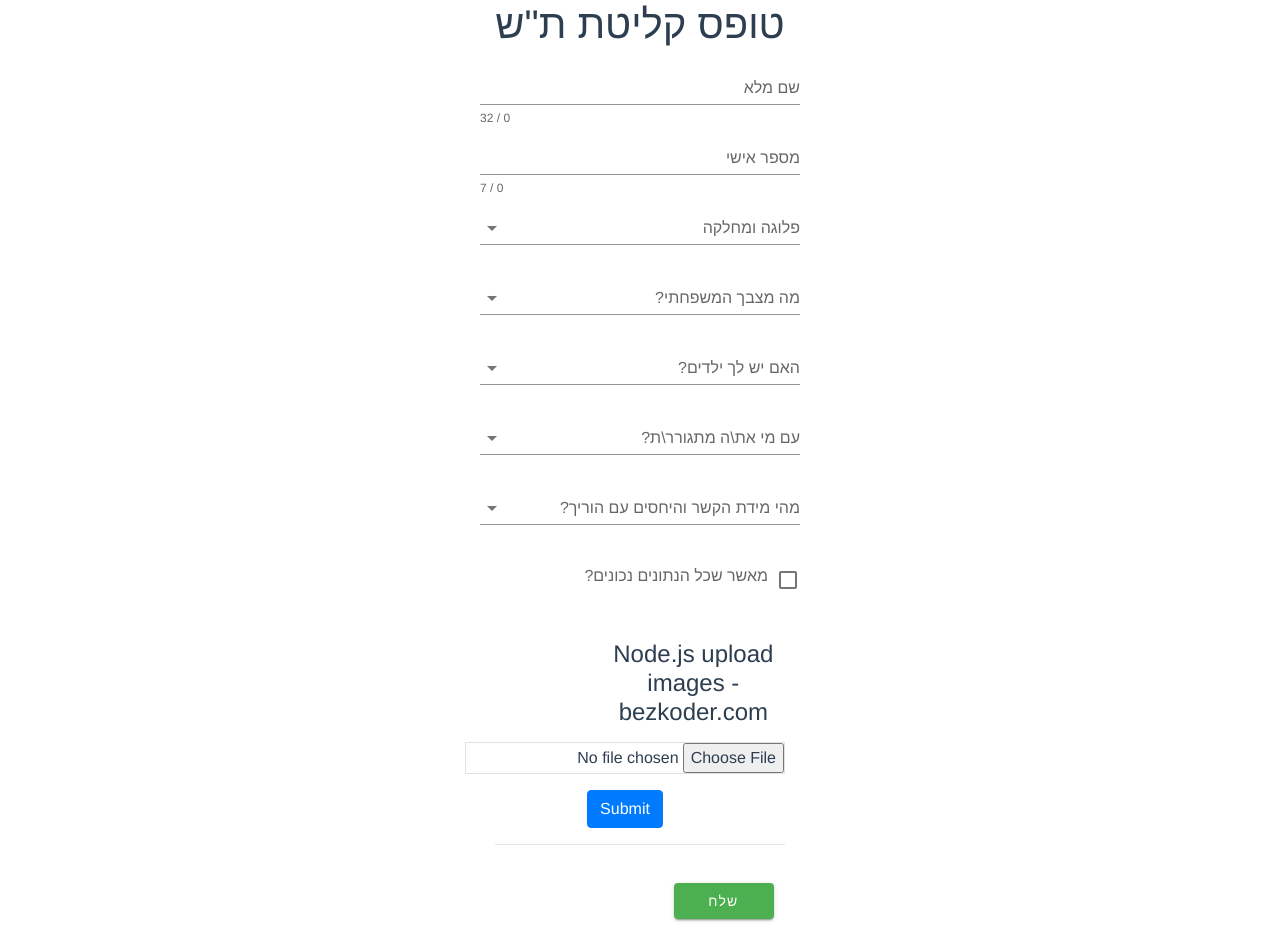
Repository: Natanhel/klitat-tash
Page: /
An editor plug-in stored every save of this project. The page is shown before and after the next save, followed by the edit.
The browser window is 1280 px wide. The pictures show the whole page.
The page's requests for data from a server got no answer. The project was rebuilt for these pictures with package versions that can differ from the ones it lists, and the page was loaded fresh each time. No one was signed in, and anything a server would have sent is missing. Also part of the build but not shown: vue.config.js.

Above is the page before, as saved 2020-12-02 13:14:17.

After the next save:
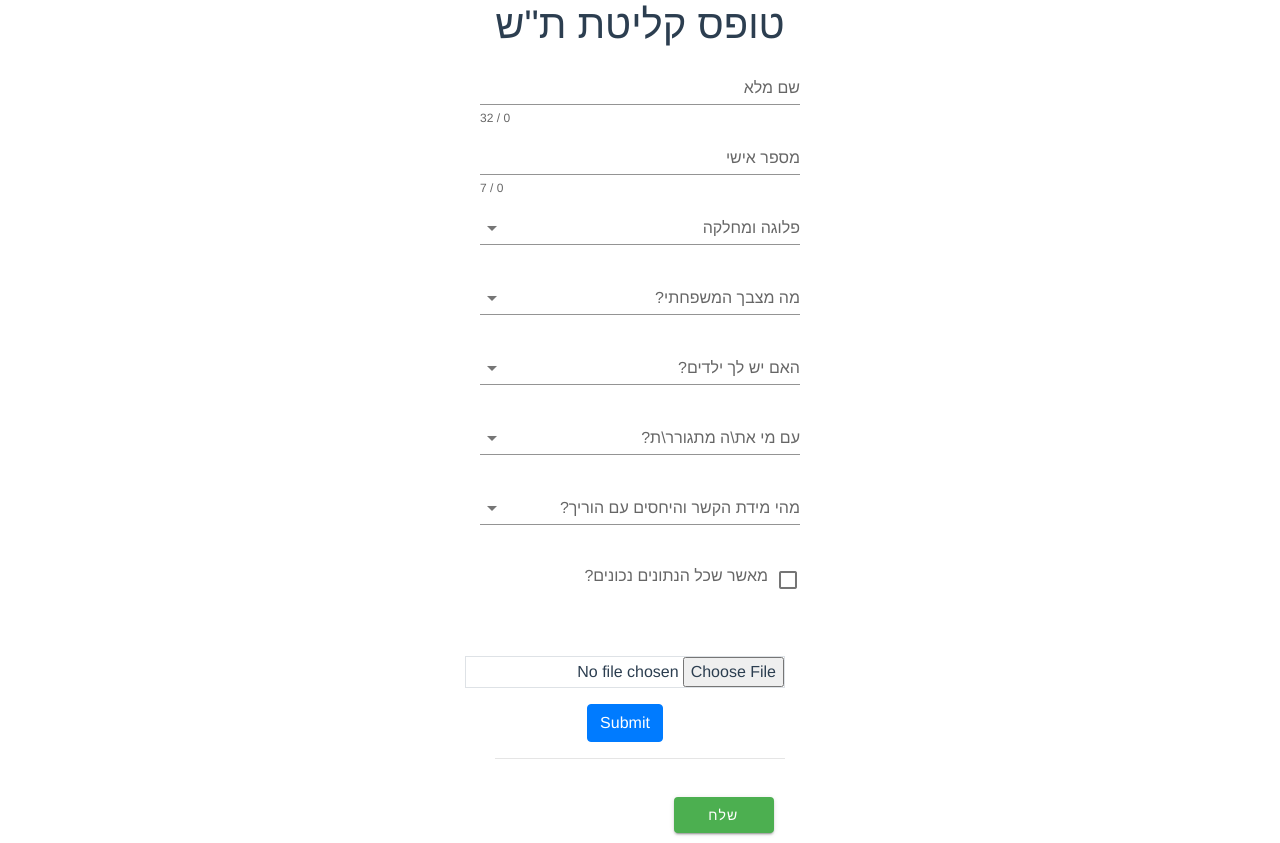
Saved 15 s later.
--- a/src/App.vue
+++ b/src/App.vue
@@ -90,7 +90,7 @@
     <div class="container">
       <div class="row">
         <div class="col-sm-8 mt-3">
-          <h4>Node.js upload images - bezkoder.com</h4>
+          <!-- <h4>Node.js upload images - bezkoder.com</h4> -->
 
           <form class="mt-4"
             action="/upload"
